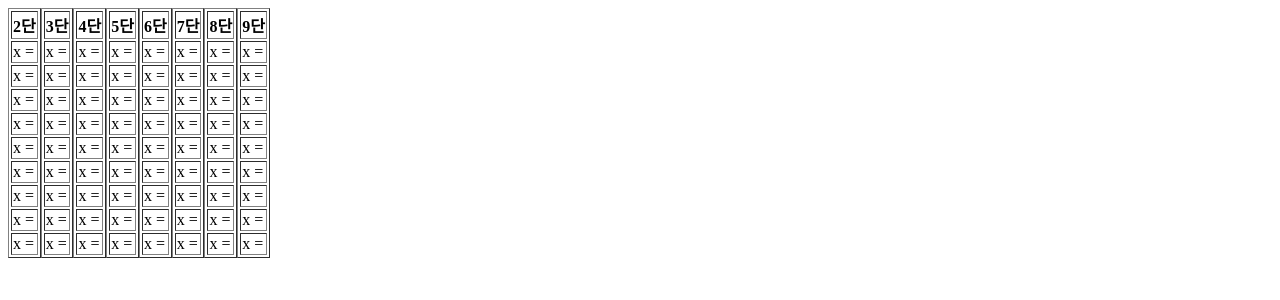
Repository: JooGit12/JavaJSP
Page: http://localhost/May18_1_JSP/gugudan.jsp
These files come from the project's save history. The page is drawn as it stood at one moment and after a run of saves; the edit follows.
The browser window is 1280 px wide. The pictures show the whole page.
The page is served by Tomcat 9.

Above is the page before, as saved 2023-05-18 02:13:40.

After the next 2 saves:
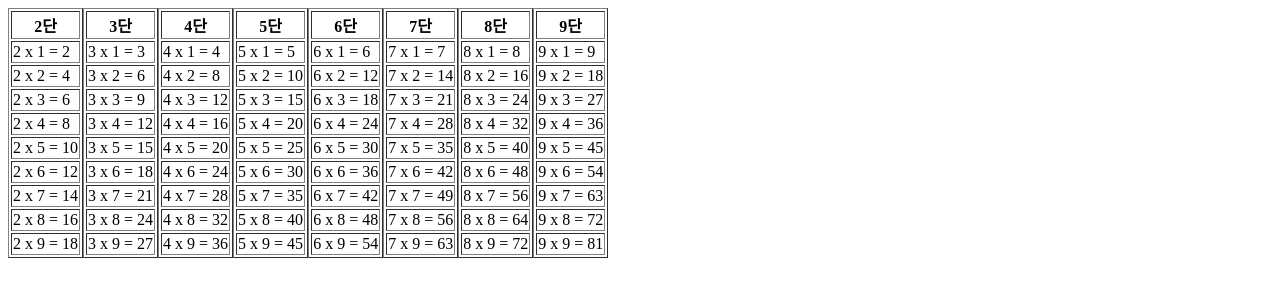
The 2 saves are shown as one change because they came seconds apart.
The last was saved 48 s later.
--- a/May08_3_MVCPattern/May18_1_JSP/src/main/webapp/gugudan.jsp
+++ b/May08_3_MVCPattern/May18_1_JSP/src/main/webapp/gugudan.jsp
@@ -23,7 +23,7 @@
 		for (int i = 1; i <= 9; i++) {
 		%>
 			<tr>
-				<td> x = </td>
+				<td><%=dan %> x <%=i %> = <%=dan * i %></td>
 			</tr>
 		<%
 		}
